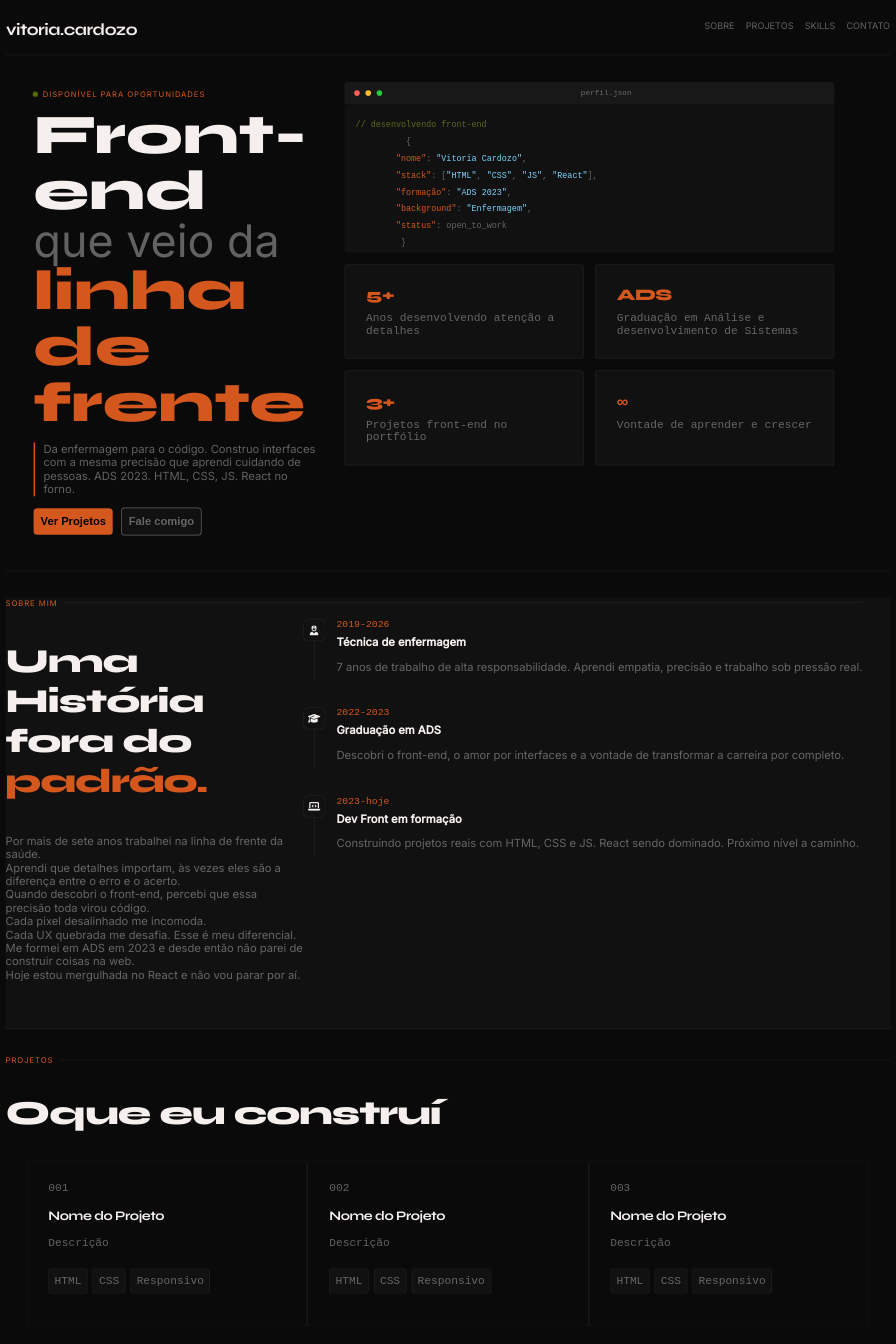
Repository: Bitroia/Portifolio
Page: index.html
The author's editor kept a copy of each file at every save. The page is drawn from the files as they stood at one save, then again after the next save.
The browser window is 1280 px wide. The pictures show the part of the page from y = 0 to 1920 px (the page is 2630 px tall), at 70% of full size.
Some web fonts or font styles are not loaded; a fallback is used.

Above is the page before, as saved 2026-04-30 19:06:18.

### index.html
<!doctype html>
<html lang="pt-br">
  <head>
    <meta charset="UTF-8" />
    <meta name="viewport" content="width=device-width, initial-scale=1.0" />
    <link rel="stylesheet" href="styles/style.css" />
    <script src="scripts/script.js" defer></script>
    <link
      href="https://fonts.googleapis.com/css2?family=Syne:wght@400;700;800&family=Inter:wght@300;400;500&display=swap"
      rel="stylesheet"
    />
    <link
      href="https://fonts.googleapis.com/css2?family=Syne:wght@400;700;800&family=Syne+Mono&family=Inter:wght@300;400;500&display=swap"
      rel="stylesheet"
    />
    <link
      rel="stylesheet"
      href="https://cdnjs.cloudflare.com/ajax/libs/font-awesome/6.5.0/css/all.min.css"
    />
    <title>Meu portifólio</title>
  </head>
  <body>
    <header>
      <nav id="nav-container">
        <h2>vitoria.cardozo</h2>
        <ul id="ul-container">
          <li><a href="#">SOBRE</a></li>
          <li><a href="#">PROJETOS</a></li>
          <li><a href="#">SKILLS</a></li>
          <li><a href="#">CONTATO</a></li>
        </ul>
      </nav>
    </header>
    <main>
      <section id="hero-section">
        <section id="sections-container">
          <section id="introduction-section">
            <div id="available-container">
              <span class="dot-2"></span>
              <p class="available-p">Disponível para oportunidades</p>
            </div>
            <span class="line-1">Front-end</span>
            <span class="line-2">que veio da</span>
            <span class="accent">linha de frente</span>
            <p class="p-introduction">
              Da enfermagem para o código. Construo interfaces <br />
              com a mesma precisão que aprendi cuidando de <br />
              pessoas. ADS 2023. HTML, CSS, JS. React no forno.
            </p>
            <button id="projects-btn">Ver Projetos</button>
            <button id="talk-to-me-btn">Fale comigo</button>
          </section>
          <section id="secondary-section">
            <div id="info-container">
              <div class="terminal-bar">
                <span class="dot red"></span>
                <span class="dot yellow"></span>
                <span class="dot green"></span>
                <span class="terminal-title">perfil.json</span>
              </div>
              <div id="code-info-container">
                <pre><code><span class="t-comment">// desenvolvendo front-end</span>
          {
        <span class="t-key">"nome"</span>: <span class="t-str">"Vitoria Cardozo"</span>,
        <span class="t-key">"stack"</span>: [<span class="t-str">"HTML"</span>, <span class="t-str">"CSS"</span>, <span class="t-str">"JS"</span>, <span class="t-str">"React"</span>],
        <span class="t-key">"formação"</span>: <span class="t-str">"ADS 2023"</span>,
        <span class="t-key">"background"</span>: <span class="t-str">"Enfermagem"</span>,
        <span class="t-key">"status"</span>: <span class="t-const">open_to_work</span>
         }
                </code></pre>
              </div>
            </div>
            <ul class="mini-cards-container">
              <li class="mini-card">
                <span class="num">5+</span>
                <span class="label">Anos desenvolvendo atenção a detalhes</span>
              </li>
              <li class="mini-card">
                <span class="num">ADS</span>
                <span class="label"
                  >Graduação em Análise e desenvolvimento de Sistemas</span
                >
              </li>
              <li class="mini-card">
                <span class="num">3+</span>
                <span class="label">Projetos front-end no portfólio</span>
              </li>
              <li class="mini-card">
                <span class="num">&#8734;</span>
                <span class="label">Vontade de aprender e crescer</span>
              </li>
            </ul>
          </section>
        </section>
      </section>
      <section id="about-me-section">
        <span class="title">Sobre mim</span>
        <section id="history-section">
          <h1 class="font-history">
            <span class="font-history-1">Uma História</span><br />fora do
            <span class="font-history-2">padrão.</span>
          </h1>
          <p>
            Por mais de sete anos trabalhei na linha de frente da saúde. <br />
            Aprendi que detalhes importam, às vezes eles são a diferença entre o
            erro e o acerto. <br />
            Quando descobri o front-end, percebi que essa precisão toda virou
            código. <br />
            Cada pixel desalinhado me incomoda. <br />
            Cada UX quebrada me desafia. Esse é meu diferencial. <br />
            Me formei em ADS em 2023 e desde então não parei de construir coisas
            na web. <br />
            Hoje estou mergulhada no React e não vou parar por aí.
          </p>
        </section>
        <section id="experiences-section">
          <dl class="experiences-list">
            <div class="exp-row">
              <div class="exp-item">
                <div class="box-icon">
                  <i class="fa-solid fa-user-nurse icon"></i>
                </div>
              </div>
              <div class="exp-content">
                <dt class="date-exp">2019-2026</dt>
                <dd class="desc-exp">
                  <strong>Técnica de enfermagem</strong>
                  <p>
                    7 anos de trabalho de alta responsabilidade. Aprendi
                    empatia, precisão e trabalho sob pressão real.
                  </p>
                </dd>
              </div>
            </div>
            <div class="exp-row">
              <div class="exp-item">
                <div class="box-icon">
                  <i class="fa-solid fa-graduation-cap icon"></i>
                </div>
              </div>
              <div class="exp-content">
                <dt class="date-exp">2022-2023</dt>
                <dd class="desc-exp">
                  <strong>Graduação em ADS</strong>
                  <p>
                    Descobri o front-end, o amor por interfaces e a vontade de
                    transformar a carreira por completo.
                  </p>
                </dd>
              </div>
            </div>
            <div class="exp-row">
              <div class="exp-item">
                <div class="box-icon">
                  <i class="fa-solid fa-laptop-code icon"></i>
                </div>
              </div>
              <div class="exp-content">
                <dt class="date-exp">2023-hoje</dt>
                <dd class="desc-exp">
                  <strong>Dev Front em formação</strong>
                  <p>
                    Construindo projetos reais com HTML, CSS e JS. React sendo
                    dominado. Próximo nível a caminho.
                  </p>
                </dd>
              </div>
            </div>
          </dl>
        </section>
      </section>
      <section id="projects-section">
        <span class="title">Projetos</span>
        <h2 class="font-build">Oque eu construí</h2>
        <div id="article-container">
          <article class="project-card">
            <a href="#" class="link-overlay" target="_blank"></a>
            <span class="num-article">001</span>
            <h3>Nome do Projeto</h3>
            <p>Descrição</p>
            <ul class="tech-tags">
              <li>HTML</li>
              <li>CSS</li>
              <li>Responsivo</li>
            </ul>
          </article>
          <article class="project-card">
            <a href="#" class="link-overlay" target="_blank"></a>
            <span class="num-article">002</span>
            <h3>Nome do Projeto</h3>
            <p>Descrição</p>
            <ul class="tech-tags">
              <li>HTML</li>
              <li>CSS</li>
              <li>Responsivo</li>
            </ul>
          </article>
          <article class="project-card">
            <a href="#" class="link-overlay" target="_blank"></a>
            <span class="num-article">003</span>
            <h3>Nome do Projeto</h3>
            <p>Descrição</p>

            <ul class="tech-tags">
              <li>HTML</li>
              <li>CSS</li>
              <li>Responsivo</li>
            </ul>
          </article>
        </div>
      </section>
      <section id="skills-section">
        <span class="title">Habilidades</span>
        <h1>Minha stack</h1>
        <div id="stacks-container">
          <article class="stack-card">
            <h3>Front-end</h3>
            <ul class="stack-ul">
              <li>HTML5 semântico</li>
              <li>CSS3/Grid/Flex</li>
              <li>JavaScript</li>
              <li>React (iniciante)</li>
            </ul>
          </article>
          <article class="stack-card">
            <h3>Ferramentas</h3>
            <ul class="stack-ul">
              <li>Git & GitHub</li>
              <li>VS Code</li>
              <li>Figma Básico</li>
              <li>DevTools</li>
            </ul>
          </article>
          <article class="stack-card">
            <h3>Aprendendo</h3>
            <ul class="stack-ul">
              <li>React Hooks</li>
              <li>Node.js</li>
              <li>Testes</li>
            </ul>
          </article>
          <article class="stack-card">
            <h3>Diferenciais</h3>
            <ul class="stack-ul">
              <li>Atenção a detalhes</li>
              <li>Empatia com usuário</li>
              <li>Alta pressão</li>
            </ul>
          </article>
        </div>
      </section>
      <section id="go-to-work-section">
        <span class="title">Contato</span>
        <h1>
          Vamos trabalhar
          <span class="accent">juntos?</span>
        </h1>
        <p>
          Aberta a oportunidades, freelas e parcerias. Manda uma mensagem,
          responderei rápido.
        </p>
        <a href="#" class="contact-link">meuemail@email.com</a>
        <a href="#" class="contact-link">in/ LinkedIn</a>
        <a href="#" class="contact-link">gh/ GitHub</a>
      </section>
    </main>
    <footer>
      <p>Data, meu nome</p>
      <p>built with HTML, CSS & determinação</p>
    </footer>
  </body>
</html>

### styles/style.css
:root {
  --fundo-geral: hsl(0, 0%, 4%);
  --fundo-cards: #111111;
  --hovers: #d8b5b5;
  --text: #f5f0ee;
  --second-text: #f5f0ee61;
  --dark-text: #050202;
  --accent: #d4571e;
  --accent-hover: #ff6a2a;
  --border: #f5f0ee12;
  --t-str: #7dd3fc;
  --t-comment: #5a6a1f;
  --font-title: "Syne", sans-serif;
  --font-body: "Inter", sans-serif;
  --font-mono: 'Syne Mono', monospace;
}
@keyframes pulse {
  0%,
  100% {
    opacity: 1;
    transform: scale(1);
  }
  50% {
    opacity: 0.4;
    transform: scale(1.5);
  }
}
* {
  padding: 0;
}

h1,
h2,
h3 {
  font-weight: 600;
  letter-spacing: -0.03em;
  color: var(--text);
  font-family: var(--font-title);
}

.line-1,
.accent {
  font-family: var(--font-title);
  font-weight: 800;
}

.font-history {
  font-size: 3rem;
  font-weight: 800;
}

.font-history-2 {
  color: var(--accent);
}

p {
  color: var(--second-text);
  line-height: 1.2;
}

.title {
  display: flex;
  align-items: center;
  gap: 10px;
  width: 100%;
}
.title::after {
  content: "";
  flex: 1;
  height: 1px;
  background-color: var(--border);
}

body {
  background-color: var(--fundo-geral);
  color: var(--text);
  font-family: var(--font-body);
  font-weight: 400;
}

/* Header */

header {
  border-bottom: 1px solid var(--border);
}

#nav-container {
  display: flex;
  justify-content: space-between;
  padding: 0.5px;
}

#ul-container {
  display: flex;
  list-style: none;
  gap: 1rem;
}

#ul-container a {
  text-decoration: none;
  color: var(--second-text);
  font-size: 13px;
  transition: 0.5s;
}

#ul-container a:hover {
  color: var(--hovers);
}

/* Apresentação */

#available-container {
  display: flex;
  flex-direction: row;
  align-items: center;
  gap: 8px;
}

.line-1 {
  color: var(--text);
  display: block;
  font-size: 5rem;
  width: 100%;
  line-height: 1;
}

.line-2 {
  color: var(--second-text);
  display: block;
  font-size: 4rem;
  width: 100%;
  display: inline-block;
  line-height: 1;
}

.accent {
  color: var(--accent);
  font-size: 5rem;
  display: block;
  line-height: 1;
}

.available-p {
  color: var(--accent);
}

/* Cards */

#info-container {
  display: flex;
  flex-direction: column;
  width: 700px;
  border-radius: 5px;
}

.terminal-bar {
  display: flex;
  gap: 8px;
  align-items: center;
  padding: 10px 14px;
  background-color: #181818;
  border-bottom: 2px solid var(--fundo-cards);
  border-radius: 5px;
  margin-bottom: 0;
}
.dot-2 {
  background-color: #ccff00;
  animation: pulse 2s ease-in-out infinite;
  width: 5px;
  height: 5px;
  border-radius: 50%;
  display: inline-block;
}

.dot {
  width: 8px;
  height: 8px;
  border-radius: 50%;
  display: inline-block;
}

.dot.red {
  background-color: #ff5f57;
}
.dot.yellow {
  background: #ffbd2e;
}
.dot.green {
  background: #28c840;
}

.terminal-title {
  font-family: var(--font-mono);
  font-size: 11px;
  color: var(--second-text);
  margin: 0 auto;
}

#code-info-container {
  color: var(--second-text);
  background-color: var(--fundo-cards);
  border-radius: 3px;
  font-size: 12px;
  line-height: 2;
  height: 210px;
}

#code-info-container pre {
  margin: 0;
  padding: 1rem;
  white-space: pre; /* mantém a formatação do código */
  max-width: 100%; /* não vaza do pai */
}

.t-comment {
  color: var(--t-comment);
}

.t-key {
  color: var(--accent);
}

.t-str {
  color: var(--t-str);
}
/* Sessões */

#hero-section {
  padding: 0 40px 50px 0;
  margin-top: 3%;
  border-bottom: 1px solid var(--border);
}

#introduction-section {
  flex: 1;
}

#introduction-section .p-introduction {
  border-left: var(--accent) 2px solid;
  padding-left: 12px;
}

#secondary-section {
  width: 700px;
  height: 550px;
}

.mini-cards-container {
  display: grid;
  grid-template-columns: repeat(2, 1fr);
  gap: 16px;
  width: 700px;
}

.mini-card {
  display: flex;
  border: 1px solid var(--border);
  padding: 30px;
  list-style: none;
  text-align: center;
  flex-direction: column;
  border-radius: 5px;
  flex: 0 0 calc(50% - 8px);
  background-color: var(--fundo-cards);
}

.num {
  color: var(--accent);
  font-family: var(--font-title);
  font-size: 23px;
  font-weight: 800;
  letter-spacing: -0.03em;
  margin-bottom: 6px;
  text-align: left;
}

.mini-card .label {
  color: var(--second-text);
  text-align: left;
  margin-top: 5px;
  font-size: 16px;
  font-family: var(--font-mono);
}

#sections-container {
  display: flex;
  gap: 40px;
  margin-top: 3%;
  padding: 0 40px;
}

#introduction-section p {
  justify-self: left;
  display: block;
}

#about-me-section {
  padding: 0 40px 50px 0;
  margin-top: 3%;
  border-bottom: 1px solid var(--border);
  display: flex;
  flex-wrap: wrap;
  background-color: var(--fundo-cards);
}

.title,
.available-p {
  font-family: var(--mono);
  font-size: 11px;
  letter-spacing: 0.12em;
  text-transform: uppercase;
  color: var(--accent);
  display: flex;
  align-items: center;
  gap: 10px;
}

#history-section {
  flex: 1;
}

.date-exp {
  color: var(--accent);
  font-family: var(--font-mono);
  font-size: 14px;
  margin-bottom: 3px;
}

.experiences-list {
  display: flex;
  flex-direction: column;
  gap: 32px; /* espaço entre cada experiência */
}

.exp-item {
  position: relative;
}

.exp-content {
  display: flex;
  flex-direction: column;
}

.desc-exp {
  margin: 4px 0 0 0;
}

.box-icon {
  position: relative;
  flex-shrink: 0; /* impede o ícone de encolher */
  display: flex;
  align-items: center;
  border: 1px solid var(--border);
  justify-content: center;
  width: 30px;
  height: 30px;
  border-radius: 8px;
  background-color: var(--fundo-cards);
}

.icon {
  font-size: 14px;
}

.exp-item:not(:last-child) .box-icon::after {
  content: "";
  position: absolute;
  top: 100%;
  left: 50%;
  transform: translateX(-50%);
  width: 1px;
  height: 60px;
  background-color: var(--border);
}

/* Linha do tempo */

.exp-row {
  display: flex;
  gap: 16px;
  align-items: flex-start;
}

#projects-section {
  margin-top: 3%;
  border-bottom: 1px solid var(--border);
}

.font-build{
  font-size: 3rem;
  font-weight: 800;
}

#article-container{
  display: flex;
  margin: 30px;
  font-family: var(--font-mono);
}

.project-card{
  border: 1px solid var(--border);
  padding: 30px;
  width: 90%;
  text-align: left;
  border-radius: 5px;
  cursor: pointer;
  position: relative;
  overflow: hidden;
}

.project-card::before{
  content: '';
  position: absolute;
  top: 0;
  left: 0;
  right: 0;
  height: 2px;
  background: var(--accent);
  transform: scaleX(0);
  transform-origin: left;
  transition: transform 0.3s ease;
}

.project-card:hover{

background-color: var(--border);
}

.project-card:hover::before {
  transform: scaleX(1);
}

.link-overlay{
  position: absolute;
  inset: 0;
}

.num-article{
  color: var(--second-text);
  font-family: var(--font-mono);
}

.tech-tags{
  list-style: none;
  display: flex;
  gap: 7px;
}

.tech-tags li{
  border: 1px solid var(--border);
  text-align: center;
  background-color: var(--fundo-cards);
  border-radius: 5px;
  padding: 8px;
  color: var(--second-text);
  margin-top: 10px;
}

#skills-section {
  margin-top: 3%;
  border-bottom: 1px solid var(--border);
  background-color: var(--fundo-cards);
}

#stacks-container{
  display: flex;
  margin: 30px;
  gap: 10px;
}

.stack-card{
  border: 1px solid var(--border);
  padding: 20px;
  width: 50%;
}

.stack-ul{
  list-style: none;
}

#go-to-work-section {
  margin-top: 3%;
  border-bottom: 1px solid var(--border);
}
/* Botões */

#projects-btn {
  background-color: var(--accent);
  padding: 10px;
  border-radius: 5px;
  border: none;
  color: var(--dark-text);
  font-size: 1rem;
  font-weight: 600;
  text-align: center;
  transition: transform 0.2s ease;
}

#talk-to-me-btn {
  background-color: var(--fundo-cards);
  padding: 10px;
  border-radius: 5px;
  border: 1px solid var(--second-text);
  color: var(--second-text);
  margin-left: 7px;
  font-weight: 600;
  text-align: center;
  font-size: 1rem;
  transition: transform 0.2s ease;
}

#projects-btn:hover {
  background-color: var(--accent-hover);
  box-shadow:
    0 0 10px rgba(212, 87, 30, 0.6),
    0 0 20px rgba(212, 87, 30, 0.4);
  transform: translateY(-2px);
}

#talk-to-me-btn:hover {
  background-color: var(--fundo-geral);
  color: var(--accent);
  border: 1px solid var(--accent);
  transform: translateY(-3px);
}

Loaded but not shown: scripts/script.js (no stored copy; drawn as an empty file)

After the next save:
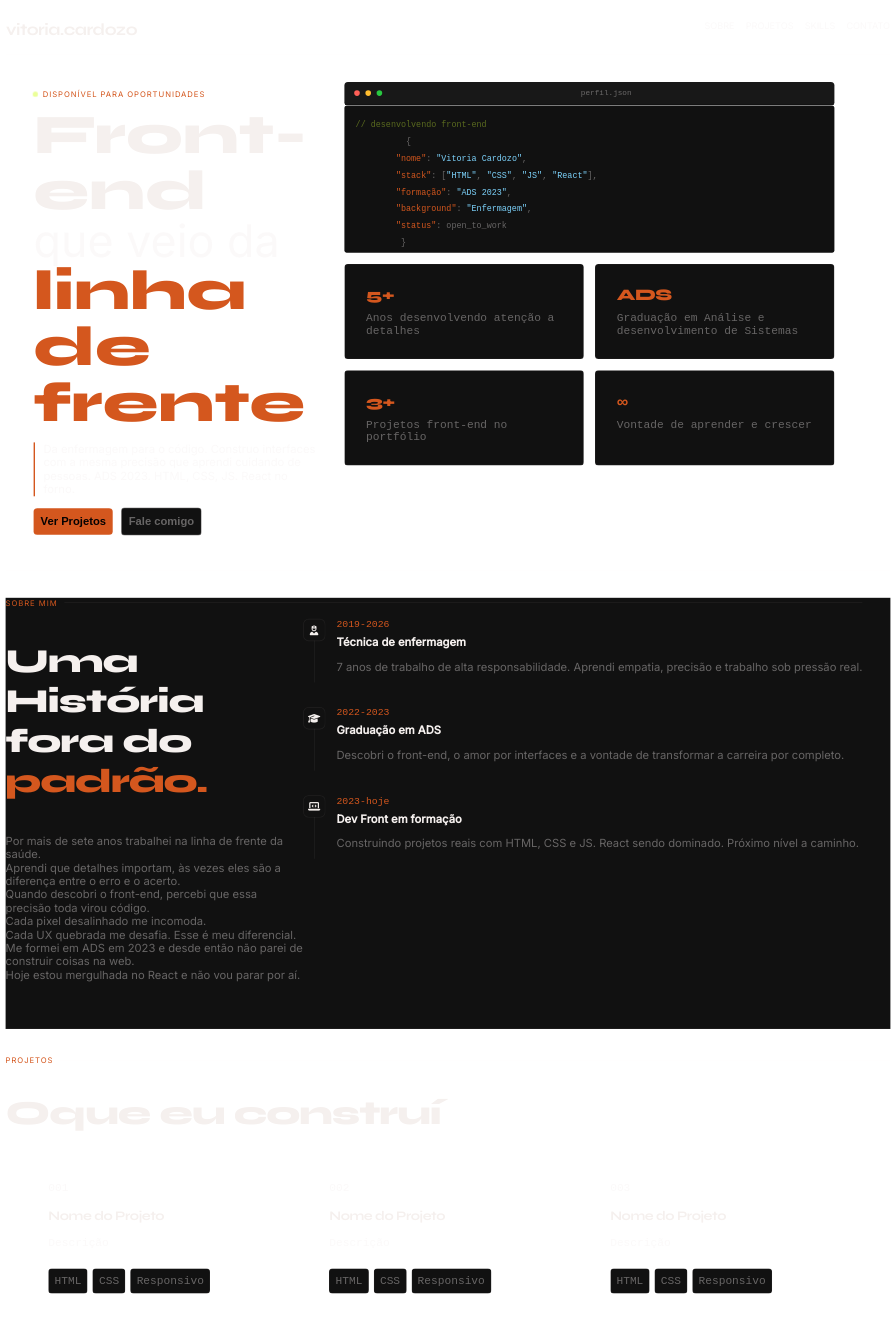
Saved 5 s later.
--- a/styles/style.css
+++ b/styles/style.css
@@ -1,5 +1,5 @@
 :root {
-  --fundo-geral: hsl(0, 0%, 4%);
+  --fundo-geral: hsl(111111);
   --fundo-cards: #111111;
   --hovers: #d8b5b5;
   --text: #f5f0ee;

After the save that followed:
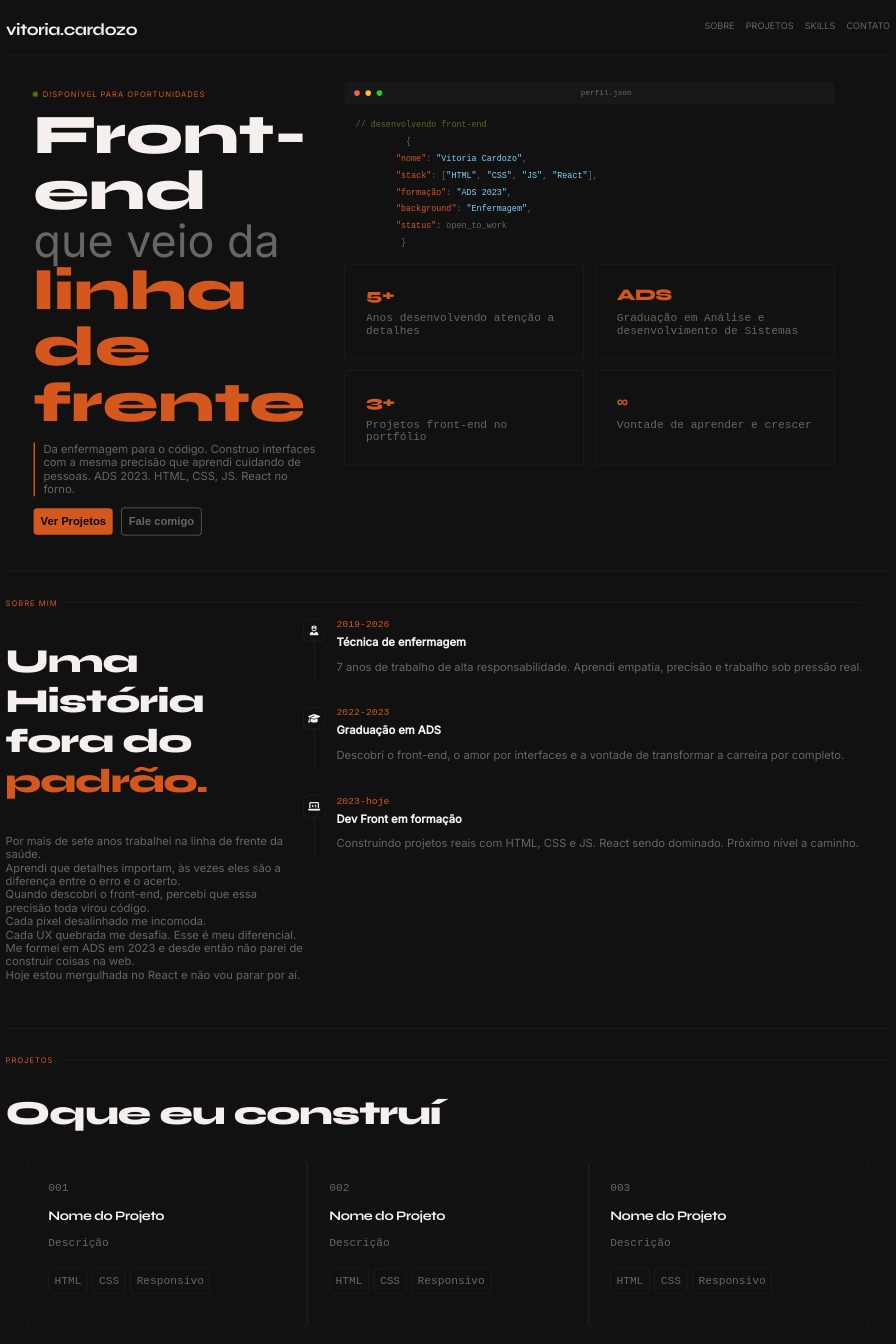
Saved 17 s later.
--- a/styles/style.css
+++ b/styles/style.css
@@ -1,5 +1,5 @@
 :root {
-  --fundo-geral: hsl(111111);
+  --fundo-geral: #111111;
   --fundo-cards: #111111;
   --hovers: #d8b5b5;
   --text: #f5f0ee;
